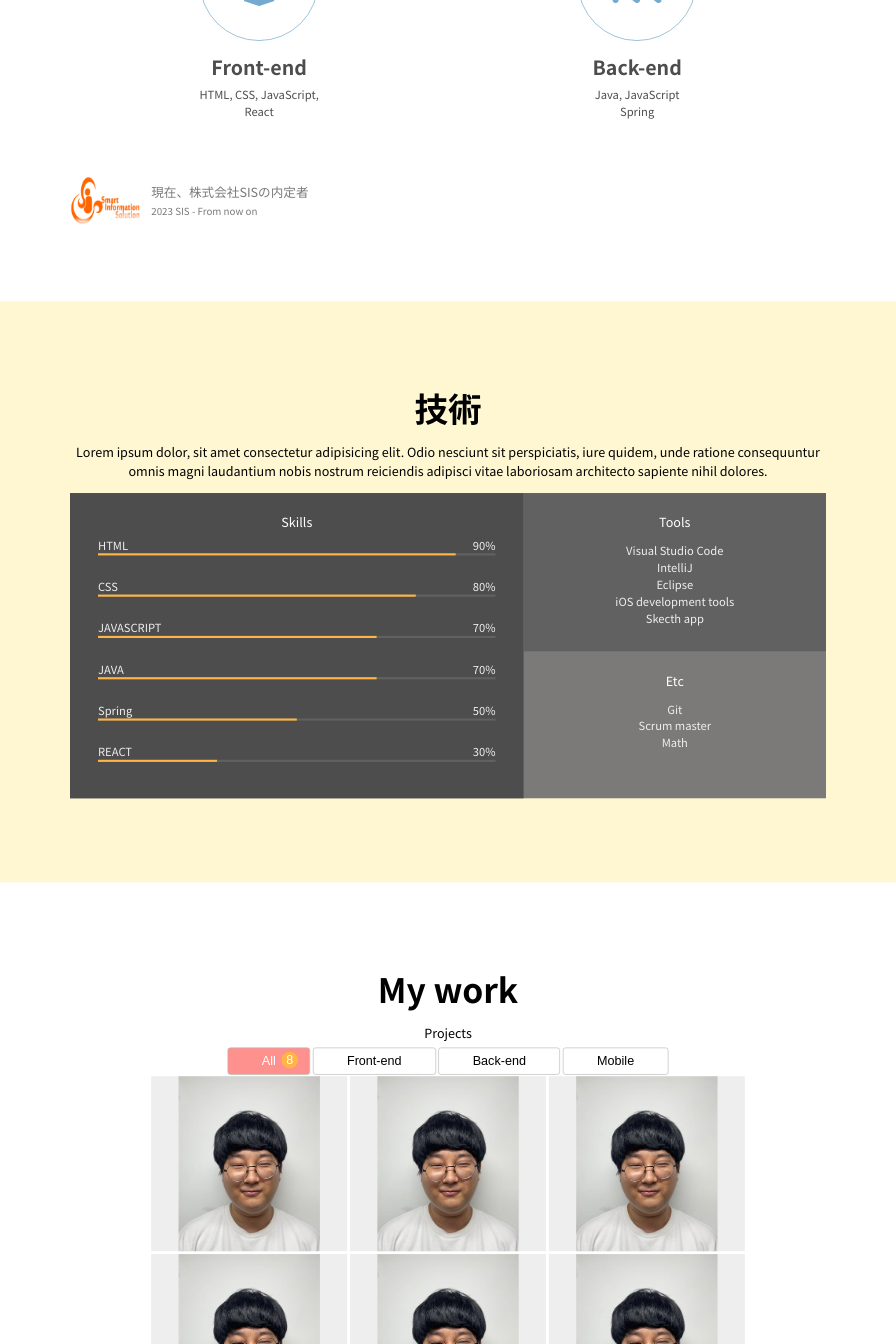
Repository: N1C0N1C0/website_introduction
Page: index.html
An editor plug-in stored every save of this project. The page is shown before and after the next save, followed by the edit.
The browser window is 1280 px wide. The pictures show the part of the page from y = 1148 to 3068 px (the page is 4068 px tall), at 70% of full size.
Some web libraries are served in a nearby version.

Above is the page before, as saved 2023-08-29 02:59:27.

### index.html
<!DOCTYPE html>
<html lang="en">
  <head>
    <meta charset="UTF-8" />
    <meta name="viewport" content="width=device-width, initial-scale=1.0" />
    <title>自己紹介</title>
    <meta
      name="description"
      content="Portfolio for engineer KimJeongmin"
    />
    <meta name="author" content="Kim" />
    <link rel="icon" type="image/icon" href="imgs/file-pdf-solid.svg" />
    <script src="https://kit.fontawesome.com/04742e9fab.js" crossorigin="anonymous"></script>
    <link href="https://fonts.googleapis.com/css2?family=Noto+Sans+JP:wght@300;400;500&display=swap" rel="stylesheet">

    <link rel="stylesheet" href="style.css" />
    <script src="main.js" defer></script>
  </head>
  <body>
    <!-- Navbar -->
    <nav id="navbar">
      <div class="navbar__logo">
        <i class="fa-regular fa-face-smile"></i>
        <a href="#">キムジョンミン</a>
      </div>
        <ul class="navbar__menu">
          <li class="navbar__menu__item active" data-link="#home">ホーム</li>
          <li class="navbar__menu__item" data-link="#about">紹介</li>
          <li class="navbar__menu__item" data-link="#skills">技術</li>
          <li class="navbar__menu__item" data-link="#work">プロジェクト</li>
          <li class="navbar__menu__item" data-link="#contact">連絡</li>
        </ul>

      <!-- Toggle button -->
      <button class="navbar__toggle-btn">
        <i class="fa-solid fa-bars"></i>
      </button>
    </nav>

    <!-- Home -->
    <section id="home">
      <div class="home__container">
      <img src="imgs/kimu.jpg" alt="Anzang" class="home__avatar" />
      <h1 class="home__title">ようこそ <br />キムジョンミンと申します。</h1>
      <h2 class="home__description">
        今は株式会社SISに内定者です。
      </h2>
      <button class="home__contact">連絡しましょう</button>
    </div>
    </section>
    <!-- About -->
    <section id="about" class="section" class="section__container">
      <h1>自己紹介</h1>
      <p>
        初めまして、2022年9月から研修院で
      </p>
      <div class="about__majors">
        <div class="major">
          <div class="major__icon">
            <i class="fa-brands fa-html5"></i>
          </div>
          <h2 class="major__title">Front-end</h2>
          <div class="major__description">
            HTML, CSS, JavaScript,
            <br />React
          </div>
        </div>
        <div class="major">
          <div class="major__icon">
            <i class="fa-sharp fa-solid fa-backward-fast"></i>
          </div>
          <h2 class="major__title">Back-end</h2>
          <div class="major__description">
            Java, JavaScript
            <br />
            Spring
          </div>
        </div>
      </div>
      <div class="about__jobs">
        <div class="job">
          <img src="imgs/sis_image.png" alt="sis" class="job__logo" style="width: 100px; height: 70px;"/>
          <div class="job_description">
            <p class="job__name">
              現在、株式会社SISの内定者
            </p>
            <p class="job__period">2023 SIS - From now on</p>
          </div>
        </div>
      </div>
    </section>

    <!-- Skills -->
    <section id="skills" class="section">
      <div class="section__container">
      <h1>技術</h1>
      <p>
        Lorem ipsum dolor, sit amet consectetur adipisicing elit. Odio nesciunt
        sit perspiciatis, iure quidem, unde ratione consequuntur omnis magni
        laudantium nobis nostrum reiciendis adipisci vitae laboriosam architecto
        sapiente nihil dolores.
      </p>
      <div class="skillset">
        <div class="skillset__left">
          <h3 class="skillset__title">Skills</h3>
          <div class="skill">
            <div class="skill__description">
              <span>HTML</span>
              <span>90%</span>
            </div>
            <div class="skill__bar">
              <div class="skill__value" style="width: 90%;"></div>
            </div>
          </div>
          <div class="skill">
            <div class="skill__description">
              <span>CSS</span>
              <span>80%</span>
            </div>
            <div class="skill__bar">
              <div class="skill__value" style="width: 80%;"></div>
            </div>
          </div>
          <div class="skill">
            <div class="skill__description">
              <span>JAVASCRIPT</span>
              <span>70%</span>
            </div>
            <div class="skill__bar">
              <div class="skill__value" style="width: 70%;"></div>
            </div>
          </div>
          <div class="skill">
            <div class="skill__description">
              <span>JAVA</span>
              <span>70%</span>
            </div>
            <div class="skill__bar">
              <div class="skill__value" style="width: 70%;"></div>
            </div>
          </div>
          <div class="skill">
            <div class="skill__description">
              <span>Spring</span>
              <span>50%</span>
            </div>
            <div class="skill__bar">
              <div class="skill__value" style="width: 50%;"></div>
            </div>
          </div>
          <div class="skill">
            <div class="skill__description">
              <span>REACT</span>
              <span>30%</span>
            </div>
            <div class="skill__bar">
              <div class="skill__value" style="width: 30%;"></div>
            </div>
          </div>
        </div>
        <div class="skillset__right">
          <div class="tools">
            <h3 class="skillset__title">Tools</h3>
            <ul class="tools__list">
              <li><span>Visual Studio Code</span></li>
              <li><span>IntelliJ</span></li>
              <li><span>Eclipse</span></li>
              <li><span>iOS development tools</span></li>
              <li><span>Skecth app</span></li>
            </ul>
          </div>
          <div class="etc">
            <h3 class="skillset__title">Etc</h3>
            <ul class="ect__list">
              <li><span>Git</span></li>
              <li><span>Scrum master</span></li>
              <li><span>Math</span></li>
            </ul>
          </div>
        </div>
      </div>
    </div>
    </section>
    <!-- Work -->
    <section id="work" class="section">
      <div class="section__container">
      <h1>My work</h1>
      <h3>Projects</h3>
      <div class="work__categories">
        <button class="category__btn selected" data-filter="*">
          All<span class="category__count">8</span>
        </button>
        <button class="category__btn" data-filter="front-end">
          Front-end<span class="category__count">3</span>
        </button>
        <button class="category__btn" data-filter="back-end">
          Back-end<span class="category__count">4</span>
        </button>
        <button class="category__btn" data-filter="mobile">
          Mobile<span class="category__count">1</span>
        </button>
      </div>

      <div class="work__projects">
        <a
          href="https://www.youtube.com/@dream-coding"
          class="project"
          target="_blank"
          data-type="front-end"
        >
          <img
            src="imgs/projects/안종민.png"
            alt="Anzang"
            class="project__img"
          />
          <div class="project__description">
            <h3>Youtube Site</h3>
            <span>Clone coding with HTML and CSS</span>
          </div>
        </a>
        <a
          href="https://www.youtube.com/@dream-coding"
          class="project"
          target="_blank"
          data-type="front-end"
        >
          <img
            src="imgs/projects/안종민.png"
            alt="Anzang"
            class="project__img"
          />
          <div class="project__description">
            <h3>Youtube Site</h3>
            <span>Clone coding with HTML and CSS</span>
          </div>
        </a>
        <a
          href="https://www.youtube.com/@dream-coding"
          class="project"
          target="_blank"
          data-type="front-end"
        >
          <img
            src="imgs/projects/안종민.png"
            alt="Anzang"
            class="project__img"
          />
          <div class="project__description">
            <h3>Youtube Site</h3>
            <span>Clone coding with HTML and CSS</span>
          </div>
        </a>
        <a
          href="https://www.youtube.com/@dream-coding"
          class="project"
          target="_blank"
          data-type="back-end"
        >
          <img
            src="imgs/projects/안종민.png"
            alt="Anzang"
            class="project__img"
          />
          <div class="project__description">
            <h3>Youtube Site</h3>
            <span>Clone coding with HTML and CSS</span>
          </div>
        </a>
        <a
          href="https://www.youtube.com/@dream-coding"
          class="project"
          target="_blank"
          data-type="back-end"
        >
          <img
            src="imgs/projects/안종민.png"
            alt="Anzang"
            class="project__img"
          />
          <div class="project__description">
            <h3>Youtube Site</h3>
            <span>Clone coding with HTML and CSS</span>
          </div>
        </a>
        <a
          href="https://www.youtube.com/@dream-coding"
          class="project"
          target="_blank"
          data-type="back-end"
        >
          <img
            src="imgs/projects/안종민.png"
            alt="Anzang"
            class="project__img"
          />
          <div class="project__description">
            <h3>Youtube Site</h3>
            <span>Clone coding with HTML and CSS</span>
          </div>
        </a>
        <a
          href="https://www.youtube.com/@dream-coding"
          class="project"
          target="_blank"
          data-type="back-end"
        >
          <img
            src="imgs/projects/안종민.png"
            alt="Anzang"
            class="project__img"
          />
          <div class="project__description">
            <h3>Youtube Site</h3>
            <span>Clone coding with HTML and CSS</span>
          </div>
        </a>
        <a
          href="https://www.youtube.com/@dream-coding"
          class="project"
          target="_blank"
          data-type="mobile"
        >
          <img
            src="imgs/projects/안종민.png"
            alt="Anzang"
            class="project__img"
          />
          <div class="project__description">
            <h3>Youtube Site</h3>
            <span>Clone coding with HTML and CSS</span>
          </div>
        </a>
      </div>
      </div>
    </section>
    <!-- Contact -->
    <section id="contact" class="section">
      <h1 class="contact__title">話しましょう！</h1>
      <h2 class="contact__email">dothd8775@gmail.com</h2>
      <div class="contact__links">
        <a href="https://github.com/N1C0N1C0" target="_blank">
          <i class="fa-brands fa-github"></i>
        </a>
        <a href="https://github.com/N1C0N1C0" target="_blank">
          <i class="fa-brands fa-square-git"></i>
        </a>
      </div>
      <p class="contact__rights">
        2023 個人プロジェクト - All rights reserved
      </p>
    </section>

    <!-- Arrow up -->
    <button class="arrow__up">
      <i class="fa-solid fa-arrow-up"></i>
    </button>
  </body>
</html>

### style.css
/* Global */
:root {
    /* Color */
    --color-white: #fff;
    --color-light-white: #eee;
    --color-dark-white: #bdbdbd;
    --color-pink: #fe918d;
    --color-dark-pink: #ff6863;
    --color-black: #4d4d4d;
    --color-dark-grey: #4d4d4d;
    --color-grey: #616161;
    --color-light-grey: #7c7979;
    --color-blue: #73aace;
    --color-yellow: #fff7d1;
    --color-orange: #feb546;
    --color-black: #000;

    /* Font size */
    --font-large: 48px;
    --font-medium: 28px;
    --font-regular: 18px;
    --font-small: 16px;
    --font-micro: 14px;

    /* Font weight */
    --weight-bold: 700;
    --weight-semi-bold: 600;
    --weight-regular: 400;

    /* Size */
    --size-border-radius: 4px;

    /* Animation */
    --animation-duration: 300ms;
}

/* Universal tags */
* {
    box-sizing: border-box;
}

body {
    font-family: 'Noto Sans JP', sans-serif;
    margin: 0;
    cursor: default;
}

a {
    text-decoration: none;
    color: var(--color-white);
}

ul {
    list-style: none;
    padding-left: 0;
}

button {
    background-color: transparent;
    cursor: pointer;
    border: none;
    outline: none;
    padding: 0;
}

/* Typography */
h1 {
    font-size: var(--font-large);
    font-weight: var(--weight-bold);
    color: var(--color-black);
    margin: 16px 0;
}

h2 {
    font-size: var(--font-medium);
    font-weight: var(--weight-semi-bold);
    color: var(--color-black);
    margin: 8px 0;
}

h3 {
    font-size: var(--font-regular);
    font-weight: var(--weight-regular);
    color: var(--color-black);
    margin: 8px 0;
}

p {
    font-size: var(--font-regular);
    font-weight: var(--weight-regular);
    color: var(--color-black);
    margin: 4px 0;
}

/* Navbar */
#navbar {
    position: fixed;
    width: 100%;
    display: flex;
    justify-content: space-between;
    background-color: transparent;
    align-items: center;
    color: var(--color-white);
    padding: 16px;
    transition: all var(--animation-duration) ease-in-out;
    z-index: 1;
}

#navbar.navbar--dark {
    background-color: var(--color-black);
    padding: 16px;

}

.navbar__menu {
    display: flex;
}

.navbar__logo {
    font-size: var(--font-medium);
    font-weight: var(--weight-semi-bold);
}

.navbar__menu__item {
    padding: 8px 12px;
    margin: 0 4px;
    cursor: pointer;
    color: var(--color-white);
    border: 1px solid transparent;
    border-radius: var(--size-border-radius);
}

.navbar__menu__item.active {
    border: 1px solid var(--color-white);
}

.navbar__menu__item:hover {
    border-color: var(--color-white);
    background-attachment: var(--color-dark-grey);
}

.navbar__toggle-btn {
    position: absolute;
    top: 20px;
    right: 32px;
    font-size: 24px;
    color: var(--color-white);
    display: none;
}

/* Home */
#home {
    background-color: var(--color-black);
    padding: 40px;
    padding-top: 120px;
    text-align: center;
}

.home__avatar {
    width: 250px;
    height: 250px;
    border-radius: 50%;
    border: 2px solid var(--color-light-white);
}

.home__title,
.home__description {
    color: var(--color-white);
}

.home__contact {
    color: var(--color-white);
    font-size: var(--font-regular);
    font-weight: var(--weight-bold);
    margin: 24px;
    padding: 8px 12px;
    border: 2px solid var(--color-white);
    border-radius: var(--size-border-radius);
}

.home__contact:hover {
    background-color: var(--color-orange);
}

/* Section common */
.section {
    padding: 100px;
    text-align: center;
    margin: auto;
}

.section__container {
    max-width: 1200px;
    margin: auto;
}

/* About */
.about__majors {
    display: flex;
    justify-content: space-around;
    margin: 80px 0;
}

.major__icon {
    width: 170px;
    height: 170px;
    line-height: 170px;
    font-size: 70px;
    margin: auto;
    color: var(--color-blue);
    border: 1px solid var(--color-blue);
    border-radius: 50%;
    margin-bottom: 16px;
}
.major__icon i {
    transition: all var(--animation-duration) ease;
}
.major__icon:hover i {
    color: var(--color-pink);
    transform: rotate(-45deg) scale(1.1);
}
.major__title, .major__description {
    color: var(--color-dark-grey);
}

.major__description {
    font-size: var(--font-small);
}

.job {
    display: flex;
    align-items: center;
    margin-bottom: 10px;
}

.job_description {
    margin: 0 16px;
    text-align: left;
}

.job__name,
.job__period {
    color: var(--color-light-grey);
}

.job__name {
    font-size: var(font-small);
}

.job__period {
    font-size: var(--font-micro);
}

/* Skill */

#skills {
    background-color: var(--color-yellow);
}

.skillset {
    display: flex;
    background-color: var(--color-light-grey);
    color: var(--color-light-white);
    margin: 20px 0;
}

.skillset__title {
    color: var(--color-white);
}

.skill {
    margin-bottom: 32px;
}

.skill__description {
    display: flex;
    justify-content: space-between;
}

.skillset__left {
    flex-basis: 60%;
    background-color: var(--color-dark-grey);
    padding: 20px 40px;
}

.skill__bar {
    width: 100%;
    height: 3px;
    background-color: var(--color-grey);
}

.skill__value {
    height: 3px;
    background-color: var(--color-orange);
}

.skillset__right {
    flex-basis: 40%;
}

.tools {
    background-color: var(--color-grey);
}

.tools,
.etc {
    padding: 20px;
}

/* Work */

.work_categories {
    margin: 40px;
}

.category__btn {
    border: 1px solid var(--color-dark-white);
    border-radius: var(--size-border-radius);
    font-size: var(--font-regular);
    padding: 8px 48px;
    position: relative;
}

.category__btn.selected,
.category__btn:hover {
    background-color: var(--color-pink);
    color: var(--color-white);
}

.category__btn.selected .category__count,
.category__btn:hover .category__count {
    opacity: 1;
}
.category__count {
    background-color: var(--color-orange);
    border-radius: 50%;
    color: var(--color-white);
    margin-left: 5px;
    width: 24px;
    height: 24px;
    line-height: 24px;
    display: inline-block;
    position: absolute;
    top: 5px;
    right: 16px;
    opacity: 0;
    transition: all var(--animation-duration) ease;
}

.work__projects {
    display: flex;
    flex-wrap: wrap;
    justify-content: center;
    opacity: 1;
    transition: all var(--animation-duration) ease-out;
}

.work__projects.anim-out {
    opacity: 0;
    transform: scale(0.96) translateY(40px);

}

.project {
    position: relative;
    display: flex;
    flex-direction: column;
    justify-content: center;
    width: 280px;
    height: 250px;
    margin: 2px;
    background-color: var(--color-light-white);
}

.project.invisible {
    display: none;
}

.project__img {
    max-width: 100%;
    max-height: 100%;
    align-self: center;
}

.project__description {
    position: absolute;
    background-color: black;
    display: flex;
    flex-direction: column;
    justify-content: center;
    width: 100%;
    height: 100%;
    top: 0;
    left: 0;
    opacity: 0;
    transform: translateY(15px);
    transition: all var(--animation-duration) ease-in;
}

.project:hover .project__description {
    opacity: 0.8;
    transform: translateY(0px);
}

.project__description h3 {
    color: var(--color-orange);
}

.project__description h3:after {
    content: '';
    display: block;
    position: relative;
    left: 50%;
    width: 50px;
    height: 2px;
    transform: translateX(-25%);
    margin-left: -12px;
    margin-top: 8px;
    background-color: var(--color-dark-white);
}



/* Contact */
#contact {
    background-color: var(--color-black);
}

.contact__title,
.contact__email,
.contact__rights {
    color: var(--color-white);
}

.contact__title {
    margin: 32px 0;
}

.contact__links {
    font-size: var(--font-large);
    margin: 24px 0;
}

.contact__links i:hover {
    transform: scale(1.1);
    color: var(--color-yellow);
    transition: all var(--animation-duration) ease-in;
}

/* Scroll */
.arrow__up {
    position: fixed;
    bottom: 50px;
    right: 50px;
    width: 70px;
    height: 70px;
    font-size: 50px;
    color: var(--color-white);
    background-color: var(--color-black);
    border-radius: 50%;
    opacity: 0;
    pointer-events: none;
    transition: all var(--animation-duration) ease-in;
}

.arrow__up.visible {
    opacity: 1;
    pointer-events: auto;
}

/* For below 768px screen width */
@media screen and (max-width: 768px) {
    :root {
        /* Font size */
        --font-large: 30px;
        --font-medium: 18px;
        --font-regular: 16px;
        --font-small: 14px;
        --font-micro: 12px;
    }

    .navbar__toggle-btn {
        display: block;
        top: 16px;
        right: 16px;
        font-size: var(--font-medium);
    }

    #navbar {
        flex-direction: column;
        align-items: flex-start;
        background-color: var(--color-black);
    }

    #navbar.navbar--dark {
        padding: 16px;
    }

    .navbar__menu {
        flex-direction: column;
        text-align: center;
        width: 100%;
        display: none;
    }

    .navbar__menu.open {
        display: block;
    }

    .section {
        padding: 16px;
        padding-top: 40px;
    }

    .about__majors {
        flex-direction: column;
        margin-top: 30px;
        margin-bottom: 0;
    }

    .major {
        margin-bottom: 30px;
    }

    .skillset {
        flex-direction: column;
    }

    .category__btn {
        margin: 4px 0;
    }

    .work__categories {
        display: flex;
        flex-direction: column;
        margin-bottom: 10px;
    }

    .project {
        flex-grow: 1;
    }

    .testimonial {
        flex-direction: column;
        align-items: center;
    }

    .testimonial__avatar {
        width: 120px;
        height: 120px;
    }

    .testimonial__avatar:nth-child(odd),
    .testimonial__avatar:nth-child(even) {
        margin: 0;
        margin-bottom: 8px;
    }

    .testimonial__speech-bubble {
        order: 1;
    }

    .arrow__up {
        width: 50px;
        height: 50px;
        font-size: 30px;
        right: 16px;
        bottom: 16px;
    }
}

Loaded but not shown: main.js (153 lines, source omitted)

After the next save:
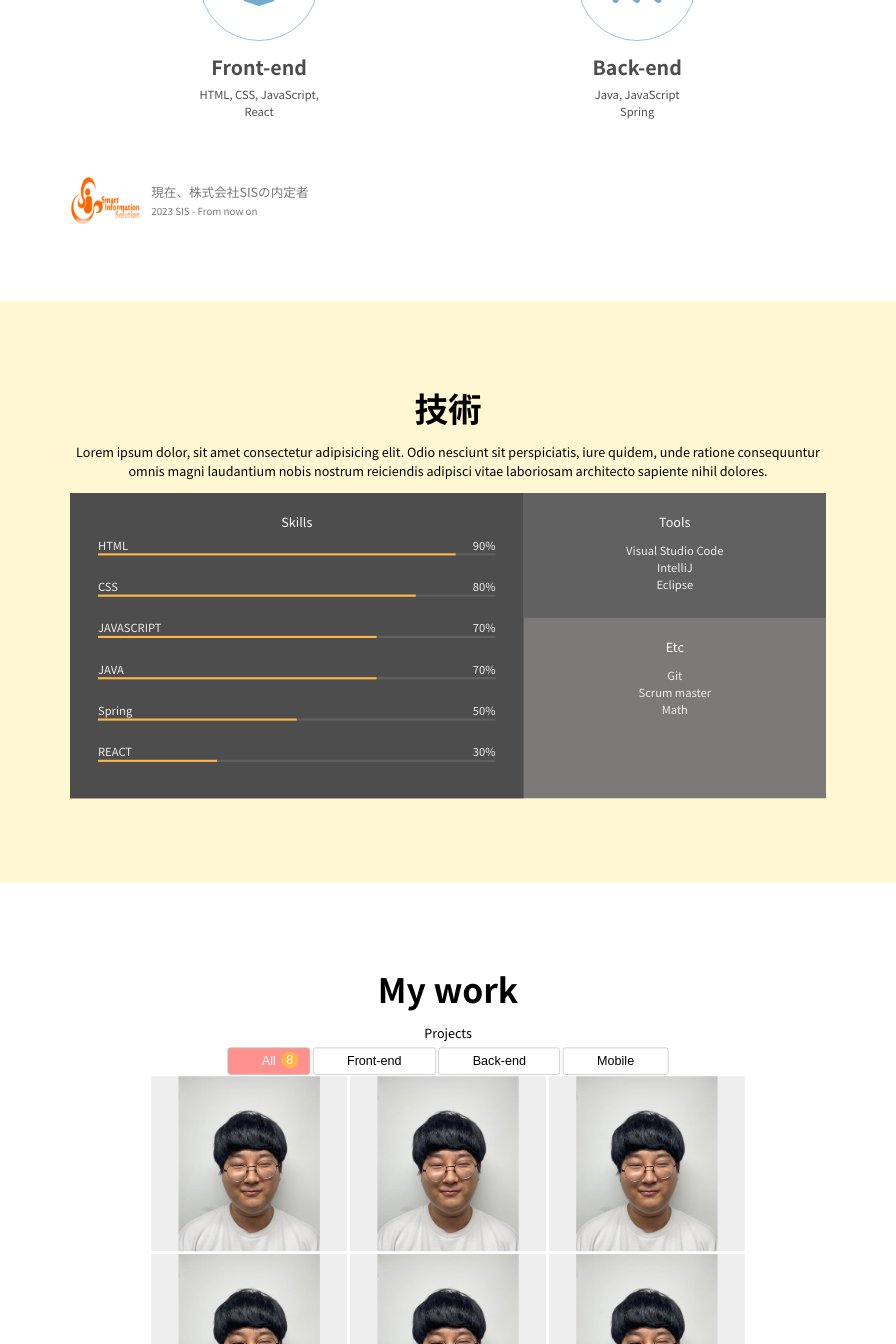
Saved 12 s later.
--- a/index.html
+++ b/index.html
@@ -165,8 +165,6 @@
               <li><span>Visual Studio Code</span></li>
               <li><span>IntelliJ</span></li>
               <li><span>Eclipse</span></li>
-              <li><span>iOS development tools</span></li>
-              <li><span>Skecth app</span></li>
             </ul>
           </div>
           <div class="etc">
